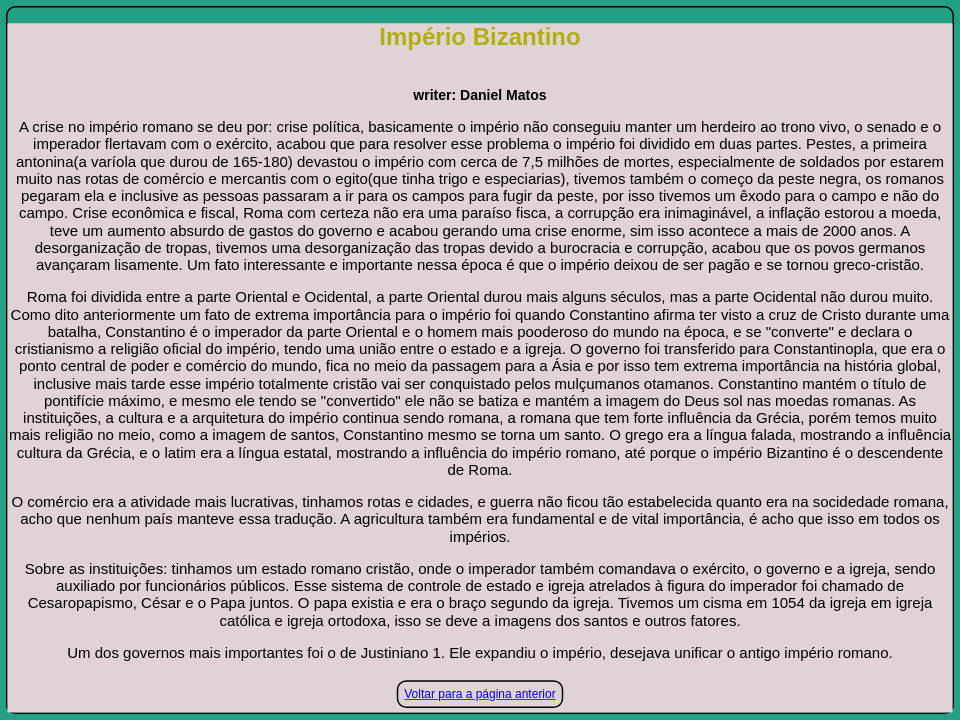
Repository: batmit/FutureFundation.github.io-1
Page: menu/articles/history/ancient/bizantino/bizantine.html
The author's editor kept a copy of each file at every save. The page is drawn from the files as they stood at one save, then again after the next save.
The browser window is 1280 px wide. The pictures show the whole page, at 75% of full size.

Above is the page before, as saved 2021-10-04 18:17:56.

### menu/articles/history/ancient/bizantino/bizantine.html
<!DOCTYPE html>
<html lang="pt-BR">
<head>
    <meta charset="UTF-8">
    <meta http-equiv="X-UA-Compatible" content="IE=edge">
    <meta name="viewport" content="width=device-width, initial-scale=1.0">
    <title>Império Bizantino</title>
    <link rel="stylesheet" href="/menu/main.css">
</head>
<body>
    <div id="all">
        <header>
            <h1>Império Bizantino</h1>
            <h3>writer: Daniel Matos</h3>
        </header>
        <p>A crise no império romano se deu por: crise política, basicamente o império não conseguiu manter um herdeiro ao trono vivo, o senado e o imperador flertavam com o exército, acabou que para resolver esse problema o império foi dividido em duas partes. Pestes, a primeira antonina(a varíola que durou de 165-180) devastou o império com cerca de 7,5 milhões de mortes, especialmente de soldados por estarem muito nas rotas de comércio e mercantis com o egito(que tinha trigo e especiarias), tivemos também o começo da peste negra, os romanos pegaram ela e inclusive as pessoas passaram a ir para os campos para fugir da peste, por isso tivemos um êxodo para o campo e não do campo. Crise econômica e fiscal, Roma com certeza não era uma paraíso fisca, a corrupção era inimaginável, a inflação estorou a moeda, teve um aumento absurdo de gastos do governo e acabou gerando uma crise enorme, sim isso acontece a mais de 2000 anos. A desorganização de tropas, tivemos uma desorganização das tropas devido a burocracia e corrupção, acabou que os povos germanos avançaram lisamente. Um fato interessante e importante nessa época é que o império deixou de ser pagão e se tornou greco-cristão. </p>

        <p>Roma foi dividida entre a parte Oriental e Ocidental, a parte Oriental durou mais alguns séculos, mas a parte Ocidental não durou muito. Como dito anteriormente um fato de extrema importância para o império foi quando Constantino afirma ter visto a cruz de Cristo durante uma batalha, Constantino é o imperador da parte Oriental e o homem mais pooderoso do mundo na época, e se "converte" e declara o cristianismo a religião oficial do império, tendo uma união entre o estado e a igreja. O governo foi transferido para Constantinopla, que era o ponto central de poder e comércio do mundo, fica no meio da passagem para a Ásia e por isso tem extrema importância na história global, inclusive mais tarde esse império totalmente cristão vai ser conquistado pelos mulçumanos otamanos. Constantino mantém o título de pontifície máximo, e mesmo ele tendo se "convertido" ele não se batiza e mantém a imagem do Deus sol nas moedas romanas. As instituições, a cultura e a arquitetura do império continua sendo romana, a romana que tem forte influência da Grécia, porém temos muito mais religião no meio, como a imagem de santos, Constantino mesmo se torna um santo. O grego era a língua falada, mostrando a influência cultura da Grécia, e o latim era a língua estatal, mostrando a influência do império romano, até porque o império Bizantino é o descendente de Roma.</p>

        <p>O comércio era a atividade mais lucrativas, tinhamos rotas e cidades, e guerra não ficou tão estabelecida quanto era na socidedade romana, acho que nenhum país manteve essa tradução. A agricultura também era fundamental e de vital importância, é acho que isso em todos os impérios. </p>

        <p>Sobre as instituições: tinhamos um estado romano cristão, onde o imperador também comandava o exército, o governo e a igreja, sendo auxiliado por funcionários públicos. Esse sistema de controle de estado e igreja atrelados à figura do imperador foi chamado de Cesaropapismo, César e o Papa juntos. O papa existia e era o braço segundo da igreja. Tivemos um cisma em 1054 da igreja em igreja católica e igreja ortodoxa, isso se deve a imagens dos santos e outros fatores. </p>

        <p>Um dos governos mais importantes foi o de Justiniano 1. Ele expandiu o império, desejava unificar o antigo império romano. </p>



        <a href="./bizantine_main.html">Voltar para a página anterior</a>
    </div>
</body>
</html>

### menu/main.css
body{

    text-align: center;

    border: black 2px solid;

    border-radius: 0.8rem;

    font-family: 'Ubuntu', arial;

    background-color: rgb(36, 161, 130);


}

#articles {
    gap: 3px;
}

#all{

    background-color: rgb(223, 211, 211);

}


#codigo{
    text-align:left;

}


img{
    text-align: center;
    justify-content: center;

}

p{
    font-size: 20px;
    font-family: 'Ubuntu', arial;
}

a{
    border: 2px solid black;

    border-radius: 0.8rem;

    box-sizing: border-box;

    padding: 0.5rem;

    line-height:3rem;

    margin: 2px;


}

a:hover{

    background-color:#F0FFFF;

}

h1{

    margin-bottom: 3rem;

    color: rgb(177, 174, 17);

}

audio {
    -webkit-transition:all 0.5s linear;
    -moz-transition:all 0.5s linear;
    -o-transition:all 0.5s linear;
    transition:all 0.5s linear;
    -moz-box-shadow: 2px 2px 4px 0px #006773;
    -webkit-box-shadow:  2px 2px 4px 0px #006773;
    box-shadow: 2px 2px 4px 0px #006773;
    -moz-border-radius:7px 7px 7px 7px ;
    -webkit-border-radius:7px 7px 7px 7px ;
    border-radius:7px 7px 7px 7px ;
}

audio:hover, audio:focus, audio:active {

-webkit-box-shadow: 15px 15px 20px rgba(0,0, 0, 0.4);
-moz-box-shadow: 15px 15px 20px rgba(0,0, 0, 0.4);
box-shadow: 15px 15px 20px rgba(0,0, 0, 0.4);
-webkit-transform: scale(1.05);
-moz-transform: scale(1.05);
transform: scale(1.05);

}



@media (max-width: 900px) {


    a{

        display: block;
        line-height: 0.5rem;
        padding: 1rem;

    }

    #img{
        text-align: right;
    }

}

@media (prefers-color-scheme: dark) {
    #all{

        background-color: rgb(90, 73, 73);

    }

    h1{
        color: white
    }

    p{
        color: white;
    }

    a{
        background-color: aqua;
    }

    h3{
        color: white;
    }

    strong {
        color: white;
    }


}

After the next save:
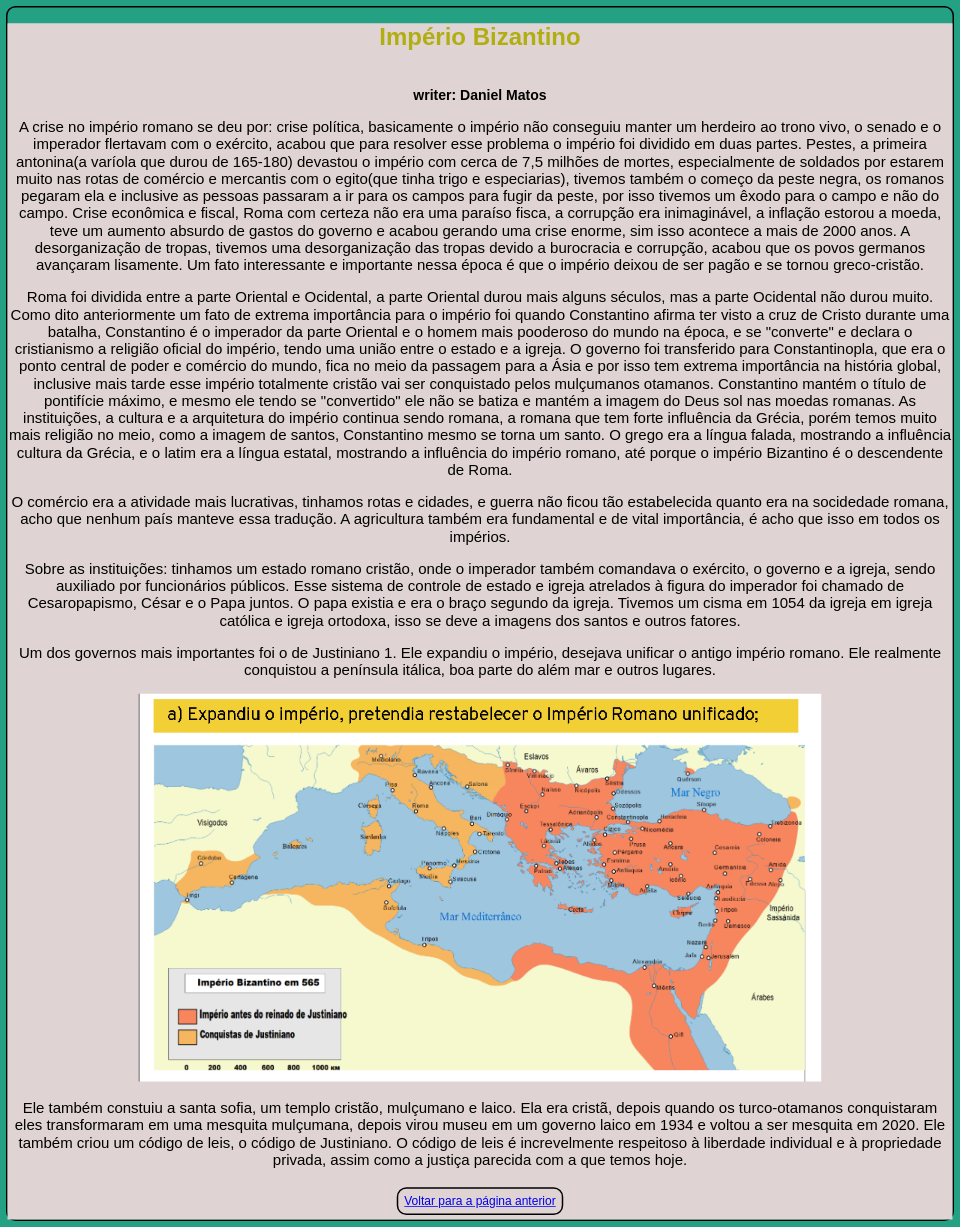
Saved 11 min 57 s later.
--- a/menu/articles/history/ancient/bizantino/bizantine.html
+++ b/menu/articles/history/ancient/bizantino/bizantine.html
@@ -21,8 +21,13 @@
 
         <p>Sobre as instituições: tinhamos um estado romano cristão, onde o imperador também comandava o exército, o governo e a igreja, sendo auxiliado por funcionários públicos. Esse sistema de controle de estado e igreja atrelados à figura do imperador foi chamado de Cesaropapismo, César e o Papa juntos. O papa existia e era o braço segundo da igreja. Tivemos um cisma em 1054 da igreja em igreja católica e igreja ortodoxa, isso se deve a imagens dos santos e outros fatores. </p>
 
-        <p>Um dos governos mais importantes foi o de Justiniano 1. Ele expandiu o império, desejava unificar o antigo império romano. </p>
+        <p>Um dos governos mais importantes foi o de Justiniano 1. Ele expandiu o império, desejava unificar o antigo império romano. Ele realmente conquistou a península itálica, boa parte do além mar e outros lugares. </p>
 
+        <img src="./justiniano+conquistas.PNG" alt="conquistas de justiniano">
+
+        <p>Ele também constuiu a santa sofia, um templo cristão, mulçumano e laico. Ela era cristã, depois quando os turco-otamanos conquistaram eles transformaram em uma mesquita mulçumana, depois virou museu em um governo laico em 1934 e voltou a ser mesquita em 2020. Ele também criou um código de leis, o código de Justiniano. O código de leis é increvelmente respeitoso à liberdade individual e à propriedade privada, assim como a justiça parecida com a que temos hoje. </p>
+
+        <p></p>
 
 
         <a href="./bizantine_main.html">Voltar para a página anterior</a>
